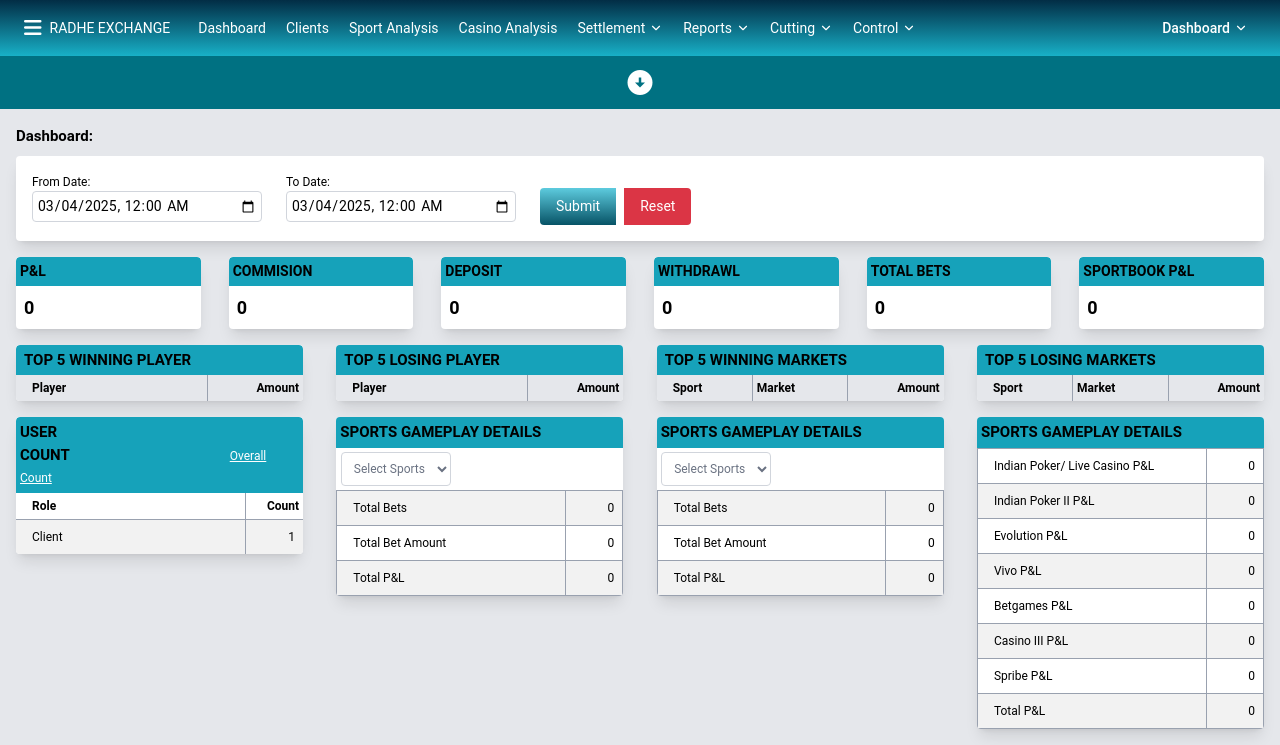
Repository: Habeebur1493/Radhe-Exchange
Page: /dashboard (app in frontend/)
An editor plug-in stored every save of this project. The page is shown before and after the next save, followed by the edit.
The browser window is 1280 px wide. The pictures show the whole page.
Some web libraries are served in a nearby version. The project was rebuilt for these pictures with package versions that can differ from the ones it lists, and the page was loaded fresh each time. Also part of the build but not shown: frontend/vite.config.js, frontend/src/components/login.jsx, frontend/src/components/Register.jsx.

Above is the page before, as saved 2025-03-04 17:24:01.

### frontend/index.html
<!doctype html>
<html lang="en">
  <head>
    <meta charset="UTF-8" />
    <meta name="viewport" content="width=device-width, initial-scale=1.0" />
    <link
    href="https://cdn.jsdelivr.net/npm/remixicon@4.5.0/fonts/remixicon.css"
    rel="stylesheet"
/>
<link rel="stylesheet" href="https://cdnjs.cloudflare.com/ajax/libs/font-awesome/6.7.2/css/all.min.css" integrity="sha512-Evv84Mr4kqVGRNSgIGL/F/aIDqQb7xQ2vcrdIwxfjThSH8CSR7PBEakCr51Ck+w+/U6swU2Im1vVX0SVk9ABhg==" crossorigin="anonymous" referrerpolicy="no-referrer" />
    <title>Radheexch | Admin</title>

  </head>
  <body>
    <div id="root"></div>
    <script type="module" src="/src/main.jsx"></script>
  </body>
</html>

### frontend/src/App.jsx
import React from "react";
import "./App.css";
import { Navigate, Routes, Route } from "react-router-dom";
import Login from "./components/login";
import Register from "./components/Register";
import Dashboard from "./components/dashboard";

const App = () => {
  return (
    <div>
      <Routes>
        <Route path="/" element={<Navigate to="/login" />} />
        <Route path="/login" element={<Login />} />
        <Route path="/register" element={<Register />} />
        <Route path="/dashboard" element={<Dashboard />} />
      </Routes>
    </div>
  );
};

export default App;

### frontend/src/App.css
@import "tailwindcss";

@import url('https://fonts.googleapis.com/css2?family=Roboto:ital,wght@0,100..900;1,100..900&display=swap');

:root {
    --primary-background: linear-gradient(#022d45, #18b0c7);
    --secondary-background: linear-gradient(#5dcbde, #075366);
    --tertiary-background: linear-gradient(#007182, #4ab4c7);
    --four-background: linear-gradient(#075366, #5dcbde);
}

.main{
    background: var(--primary-background);
    font-family: "Roboto", sans-serif;
}

.btn{
    background: var(--secondary-background);
    font-family: "Roboto", sans-serif;
}

nav{
    background: var(--primary-background);
    font-family: "Roboto", sans-serif;
    font-size: 14px;
}
.dashboard{
    font-family: "Roboto", sans-serif;
    font-size: 14px;
}

.sidebar{
    background: var(--tertiary-background);
    font-family: "Roboto", sans-serif;
    font-size: 14px;
}
.btn1{
    background: var(--secondary-background);
    font-family: "Roboto", sans-serif;
    transition: all 0.3s ease-in-out;
}
.btn1:hover{
    background: var(--four-background);
}

.dash{
    font-family: "Roboto", sans-serif;
    font-size: 14px;
}

### frontend/src/components/Sidebar.jsx
import React, { useState } from "react";
import { Link } from "react-router-dom"; // Ensure you use react-router for navigation

const Sidebar = () => {
  const [isOpen, setIsOpen] = useState(false);
  const [dropdowns, setDropdowns] = useState({});
  const [nestedDropdowns, setNestedDropdowns] = useState({});

  const toggleDropdown = (category) => {
    setDropdowns((prev) => ({ ...prev, [category]: !prev[category] }));
  };

  const toggleNestedDropdown = (item) => {
    setNestedDropdowns((prev) => ({ ...prev, [item]: !prev[item] }));
  };

  const menuItems = [
    {
      key: "cricket",
      label: "Cricket",
      items: [
        {
          title: "ICC Champions Trophy",
          subItems: ["India v Australia", "England v South Africa", "South Africa v New Zealand"],
        },
        {
          title: "Women's Premier League",
          subItems: ["Women's Premier League", "Up Warriorz W v Mumbai Indians W", "Gujarat Giants W v Delhi Capitals W"],
        },
        {
          title: "International T20 Masters League",
          subItems: ["Sri Lanka Masters v West Indies Masters", "India Masters v Australia Masters"],
        },
      ],
    },
    {
      key: "soccer",
      label: "Soccer",
      items: [
        {
          title: "League 1",
          subItems: ["Team A v Team B", "Team C v Team D"],
        },
        {
          title: "League 2",
          subItems: ["Match 3", "Match 4"],
        },
      ],
    },
    {
      key: "tennis",
      label: "Tennis",
      items: [
        {
          title: "Grand Slam",
          subItems: ["Final Match", "Semi Final"],
        },
        {
          title: "ATP Finals",
          subItems: ["Quarter Final", "Round of 16"],
        },
      ],
    },
    {
      key: "Horse",
      label: "Horse",
      items: [
        {
          title: "Grand Prix",
          subItems: ["Final Match", "Semi Final"],
        },
        {
          title: "ATP Finals",
          subItems: ["Quarter Final", "Round of 16"],
        },
      ],
    },
    {
      key: "Greyhound",
      label: "Greyhound",
      items: [
        {
          title: "Grand Prix",
          subItems: ["Final Match", "Semi Final"],
        },
        {
          title: "ATP Finals",
          subItems: ["Quarter Final", "Round of 16"],
        },
      ],
    },
  ];

  return (
    <div className="relative">
      {/* Menu Icon */}
      <button onClick={() => setIsOpen(!isOpen)} className="p-2 text-xl">
        <i className="fa-solid fa-bars"></i>
      </button>

      {/* Sidebar */}
      <div
        className={`sidebar fixed top-0 left-0 h-full w-64 mt-14 bg-[--tertiary-background] text-white transition-transform duration-300 ${
          isOpen ? "translate-x-0" : "-translate-x-full"
        }`}
      >
        <ul className=" p-2">
          {menuItems.map(({ key, label, items }) => (
            <li key={key} className="cursor-pointer">
              {/* Main Category */}
              <div
                className="flex justify-between items-center w-full p-2 hover:bg-[#5dcbde] transition-all border-b border-[#18b0c7]"
                onClick={() => toggleDropdown(key)}
              >
                {label}{" "}
                <i
                  className={`fa-solid fa-caret-${dropdowns[key] ? "up" : "down"}`}
                ></i>
              </div>

              {/* First-level Dropdown */}
              <ul
                className={`overflow-hidden text-[11px] bg-[#d2dcf7] text-black transition-all duration-300 ${
                  dropdowns[key] ? "max-h-[1000px] opacity-100" : "max-h-0 opacity-0"
                }`}
              >
                {items.map(({ title, subItems }, index) => (
                  <li key={index} className="pl-6 pr-2 py-2">
                    {/* Square Plus/Minus Icon */}
                    <button
                      onClick={() => toggleNestedDropdown(title)}
                      className="mr-2"
                    >
                      <i
                        className={`fa-solid fa-${
                          nestedDropdowns[title] ? "square-minus" : "square-plus"
                        } text-lg`}
                      ></i>
                    </button>
                    {title}

                    {/* Nested Dropdown */}
                    <ul
                      className={`overflow-hidden transition-all duration-300 ${
                        nestedDropdowns[title] ? "max-h-[1000px] opacity-100 pl-6" : "max-h-0 opacity-0"
                      }`}
                    >
                      {subItems.map((subItem, subIndex) => (
                        <li key={subIndex} className="text-black py-1 flex items-center">
                          <i className="fa-solid fa-square-xmark mr-2"></i>
                          <Link to={`/${key}/${title}/${subItem}`} className="cursor-pointer">
                            {subItem}
                          </Link>
                        </li>
                      ))}
                    </ul>
                  </li>
                ))}
              </ul>
            </li>
          ))}
        </ul>
      </div>
    </div>
  );
};

export default Sidebar;

### frontend/src/components/DashContent.jsx
import React, { useState } from "react";

const DashContent = () => {
  const getDefaultDateTime = () => {
    const now = new Date();
    now.setHours(0, 0, 0, 0);
    return now.toISOString().slice(0, 16);
  };

  // State for datetime inputs
  const [fromDateTime, setFromDateTime] = useState(getDefaultDateTime());
  const [toDateTime, setToDateTime] = useState(getDefaultDateTime());

  return (
    <div className="p-4 ">
      <label className="text-[15px] font-semibold">Dashboard:</label>
      <div className=" h-auto w-full bg-white rounded-sm shadow-lg flex flex-row items-center gap-6 mt-2 p-4 flex-wrap">
        {/* From DateTime */}
        <div className="flex flex-col">
          <label className="text-sm  text-[12px]">From Date:</label>
          <input
            type="datetime-local"
            className="border p-1 rounded-sm border-gray-300 w-[230px]"
            value={fromDateTime}
            onChange={(e) => setFromDateTime(e.target.value)}
          />
        </div>

        {/* To DateTime */}
        <div className="flex flex-col">
          <label className="text-sm text-[12px]">To Date:</label>
          <input
            type="datetime-local"
            className="border p-1 rounded-sm border-gray-300 w-[230px]"
            value={toDateTime}
            onChange={(e) => setToDateTime(e.target.value)}
          />
        </div>

        {/* Buttons */}
        <div className="flex gap-2 mt-4 ">
          <button className="btn1 bg-[--primary-background] text-white px-4 py-2 rounded-l-sm">
            Submit
          </button>
          <button
            className="bg-[#db3545] text-white px-4 py-2 rounded-r-sm hover:bg-red-700"
            onClick={() => {
              setFromDateTime(getDefaultDateTime());
              setToDateTime(getDefaultDateTime());
            }}
          >
            Reset
          </button>
        </div>
      </div>
      {/* Cards */}
      <div className="dash flex flex-row gap-7 mt-4">
        {[
          "P&L",
          "COMMISION",
          "DEPOSIT",
          "WITHDRAWL",
          "TOTAL BETS",
          "SPORTBOOK P&L",
        ].map((item, index) => (
          <div
            key={index}
            className="w-[15%] h-18 bg-white rounded-sm shadow-lg overflow-hidden"
          >
            <h1 className="bg-[#16a2ba] p-1 text-black font-bold text-[14px] rounded-t-sm">
              {item}
            </h1>
            <h1 className="bg-white text-black font-bold text-[18px] pl-2 pt-2">
              0
            </h1>
          </div>
        ))}
      </div>

      {/* Cards row-2 */}
      <div className="flex justify-between items-center mt-4">
        {/* Top 5 Winning Players */}
        <div className="flex flex-col w-[23%] bg-white rounded-sm shadow-lg overflow-hidden">
          <h1 className="bg-[#16a2ba] p-1 pl-2 text-black font-bold text-[15px] rounded-t-sm">
            TOP 5 WINNING PLAYER
          </h1>
          <table className="w-full text-[12px] font-bold border-collapse">
            <thead>
              <tr className="bg-gray-200 border-gray-400">
                <th className="p-1 text-left pl-4 border-r border-gray-400 w-2/3">
                  Player
                </th>
                <th className="p-1 text-right w-1/3">Amount</th>
              </tr>
            </thead>
          </table>
        </div>

        {/* Top 5 Losing Players */}
        <div className="flex flex-col w-[23%] bg-white rounded-sm shadow-lg overflow-hidden">
          <h1 className="bg-[#16a2ba] p-1 pl-2 text-black font-bold text-[15px]">
            TOP 5 LOSING PLAYER
          </h1>
          <table className="w-full text-[12px] font-bold border-collapse">
            <thead>
              <tr className="bg-gray-200 border-gray-400">
                <th className="p-1 text-left pl-4 border-r border-gray-400 w-2/3">
                  Player
                </th>
                <th className="p-1 text-right w-1/3">Amount</th>
              </tr>
            </thead>

          </table>
        </div>

        {/* Top 5 Winning Markets */}
        <div className="flex flex-col w-[23%] bg-white rounded-sm shadow-lg overflow-hidden">
          <h1 className="bg-[#16a2ba] p-1 pl-2 text-black font-bold text-[15px]">
            TOP 5 WINNING MARKETS
          </h1>
          <table className="w-full text-[12px] font-bold border-collapse">
            <thead>
              <tr className="bg-gray-200 border-gray-400">
                <th className="p-1 text-left pl-4 border-r border-gray-400 w-1/3">
                  Sport
                </th>
                <th className="p-1 text-left border-r border-gray-400 w-1/3">
                  Market
                </th>
                <th className="p-1 text-right w-1/3">Amount</th>
              </tr>
            </thead>

          </table>
        </div>

        {/* Top 5 Losing Markets */}
        <div className="flex flex-col w-[23%] bg-white rounded-sm shadow-lg overflow-hidden">
          <h1 className="bg-[#16a2ba] p-1 pl-2 text-black font-bold text-[15px]">
            TOP 5 LOSING MARKETS
          </h1>
          <table className="w-full text-[12px] font-bold border-collapse">
            <thead>
              <tr className="bg-gray-200 border-gray-400">
                <th className="p-1 text-left pl-4 border-r border-gray-400 w-1/3">
                  Sport
                </th>
                <th className="p-1 text-left border-r border-gray-400 w-1/3">
                  Market
                </th>
                <th className="p-1 text-right w-1/3">Amount</th>
              </tr>
            </thead>
          </table>
        </div>
      </div>


     {/* cards 3 row*/}


     <div className="flex justify-between items-start w-full mt-4 text-[12px]">
        {/* Top 5 Winning Players */}
        <div className="flex flex-col w-[23%] bg-white rounded-sm shadow-lg overflow-hidden">
          <h1 className="bg-[#16a2ba] p-1 text-black font-bold text-[15px] rounded-t-sm">
            USER COUNT
            <span className="text-white underline text-[12px] font-normal ml-40">Overall Count</span>
          </h1>

          <table className="w-full text-[12px] font-bold border-collapse">
            <thead>
              <tr className=" border-gray-400">
                <th className="p-1 text-left pl-4 border-b border-r border-gray-400 w-4/5">
                  Role
                </th>
                <th className="p-1 text-right w-1/3 border-b border-gray-400 ">Count</th>
              </tr>
              <tr className="bg-[#f2f2f2] border-gray-400">
                <th className="p-2 text-left pl-4 border-r font-normal border-gray-400 w-4/5">
                  Client
                </th>
                <th className="p-2 text-right font-normal w-1/3">1</th>
              </tr>
            </thead>
          </table>
        </div>

        {/* SPORTS GAMEPLAY DETAILS*/}
        <div className="flex flex-col w-[23%] bg-white rounded-sm shadow-lg overflow-hidden">
          <h1 className="bg-[#16a2ba] p-1 text-black font-bold text-[15px]">
            SPORTS GAMEPLAY DETAILS
          </h1>
          <table className="w-full text-[12px] font-bold border-collapse">
            <thead>
            <tr className=" border-gray-400">
                <th className="p-1 text-left w-2/3">
                  <select name="" id="" className="bg-white border border-gray-300 text-gray-500 font-normal p-2 rounded-sm">
                    <option value="select sports">Select Sports</option>
                    <option value="cricket">Cricket</option>
                    <option value="soccer">Soccer</option>
                    <option value="tennis">Tennis</option>
                    <option value="horse">Horse</option>
                    <option value="greyhound">Greyhound</option>
                    <option value="kabbadi">Kabbadi</option>
                  </select>
                </th>

              </tr>
              <tr className="bg-[#f2f2f2] border-gray-400">
                <th className="p-2 text-left pl-4 border border-gray-400  font-normal w-4/5">
                  Total Bets
                </th>
                <th className="p-2 text-right w-1/3  border border-gray-400 font-normal">0</th>
              </tr>
              <tr className=" border-gray-400">
                <th className="p-2 text-left pl-4 border border-gray-400  font-normal w-2/3">
                  Total Bet Amount
                </th>
                <th className="p-2 text-right w-1/3 font-normal border border-gray-400">0</th>
              </tr>
              <tr className="bg-[#f2f2f2] border-gray-400">
                <th className="p-2 text-left pl-4 border border-gray-400 font-normal w-2/3">
                  Total P&L
                </th>
                <th className="p-2 text-right w-1/3 font-normal border border-gray-400">0</th>
              </tr>
            </thead>

          </table>
        </div>

        {/* OTHER GAMEPLAY DETAILS*/}
        <div className="flex flex-col w-[23%] bg-white rounded-sm shadow-lg overflow-hidden">
          <h1 className="bg-[#16a2ba] p-1 text-black font-bold text-[15px]">
            SPORTS GAMEPLAY DETAILS
          </h1>
          <table className="w-full text-[12px] font-bold border-collapse">
            <thead>
            <tr className=" border-gray-400">
                <th className="p-1 text-left w-2/3">
                  <select name="" id="" className="bg-white border border-gray-300 text-gray-500 font-normal p-2 rounded-sm">
                    <option value="select sports">Select Sports</option>
                    <option value="cricket">Cricket</option>
                    <option value="soccer">Soccer</option>
                    <option value="tennis">Tennis</option>
                    <option value="horse">Horse</option>
                    <option value="greyhound">Greyhound</option>
                    <option value="kabbadi">Kabbadi</option>
                  </select>
                </th>

              </tr>
              <tr className="bg-[#f2f2f2] border-gray-400">
                <th className="p-2 text-left pl-4 border border-gray-400  font-normal w-4/5">
                  Total Bets
                </th>
                <th className="p-2 text-right w-1/3  border border-gray-400 font-normal">0</th>
              </tr>
              <tr className=" border-gray-400">
                <th className="p-2 text-left pl-4 border border-gray-400  font-normal w-2/3">
                  Total Bet Amount
                </th>
                <th className="p-2 text-right w-1/3 font-normal border border-gray-400">0</th>
              </tr>
              <tr className="bg-[#f2f2f2] border-gray-400">
                <th className="p-2 text-left pl-4 border border-gray-400 font-normal w-2/3">
                  Total P&L
                </th>
                <th className="p-2 text-right w-1/3 font-normal border border-gray-400">0</th>
              </tr>
            </thead>

          </table>
        </div>

        {/* OTHER GAMEPLAY DETAILS*/}
        <div className="flex flex-col w-[23%] bg-white rounded-sm shadow-lg overflow-hidden">
          <h1 className="bg-[#16a2ba] p-1 text-black font-bold text-[15px]">
            SPORTS GAMEPLAY DETAILS
          </h1>
          <table className="w-full text-[12px] font-bold border-collapse">
            <thead>
            <tr className=" border-gray-400">
                <th className="p-2 text-left pl-4 border border-gray-400  font-normal w-4/5">
                Indian Poker/ Live Casino P&L
                </th>
                <th className="p-2 text-right w-1/3  border border-gray-400 font-normal">0</th>

              </tr>
              <tr className="bg-[#f2f2f2] border-gray-400">
                <th className="p-2 text-left pl-4 border border-gray-400  font-normal w-4/5">
                Indian Poker II P&L
                </th>
                <th className="p-2 text-right w-1/3  border border-gray-400 font-normal">0</th>
              </tr>
              <tr className=" border-gray-400">
                <th className="p-2 text-left pl-4 border border-gray-400  font-normal w-2/3">
                Evolution P&L
                </th>
                <th className="p-2 text-right w-1/3 font-normal border border-gray-400">0</th>
              </tr>
              <tr className="bg-[#f2f2f2] border-gray-400">
                <th className="p-2 text-left pl-4 border border-gray-400 font-normal w-2/3">
                Vivo P&L
                </th>
                <th className="p-2 text-right w-1/3 font-normal border border-gray-400">0</th>
              </tr>
              <tr className=" border-gray-400">
                <th className="p-2 text-left pl-4 border border-gray-400  font-normal w-4/5">
                Betgames P&L
                </th>
                <th className="p-2 text-right w-1/3  border border-gray-400 font-normal">0</th>

              </tr>
              <tr className="bg-[#f2f2f2] border-gray-400">
                <th className="p-2 text-left pl-4 border border-gray-400 font-normal w-2/3">
                Casino III P&L
                </th>
                <th className="p-2 text-right w-1/3 font-normal border border-gray-400">0</th>
              </tr>
              <tr className=" border-gray-400">
                <th className="p-2 text-left pl-4 border border-gray-400 font-normal w-2/3">
                Spribe P&L
                </th>
                <th className="p-2 text-right w-1/3 font-normal border border-gray-400">0</th>
              </tr>
              <tr className="bg-[#f2f2f2] border-gray-400">
                <th className="p-2 text-left pl-4 border border-gray-400 font-normal w-2/3">
                Total P&L
                </th>
                <th className="p-2 text-right w-1/3 font-normal border border-gray-400">0</th>
              </tr>
            </thead>

          </table>
        </div>
      </div>

    </div>
  );
};

export default DashContent;

Loaded but not shown: frontend/src/main.jsx (common file); frontend/src/components/dashboard.jsx (283 lines, source omitted)

After the next save:
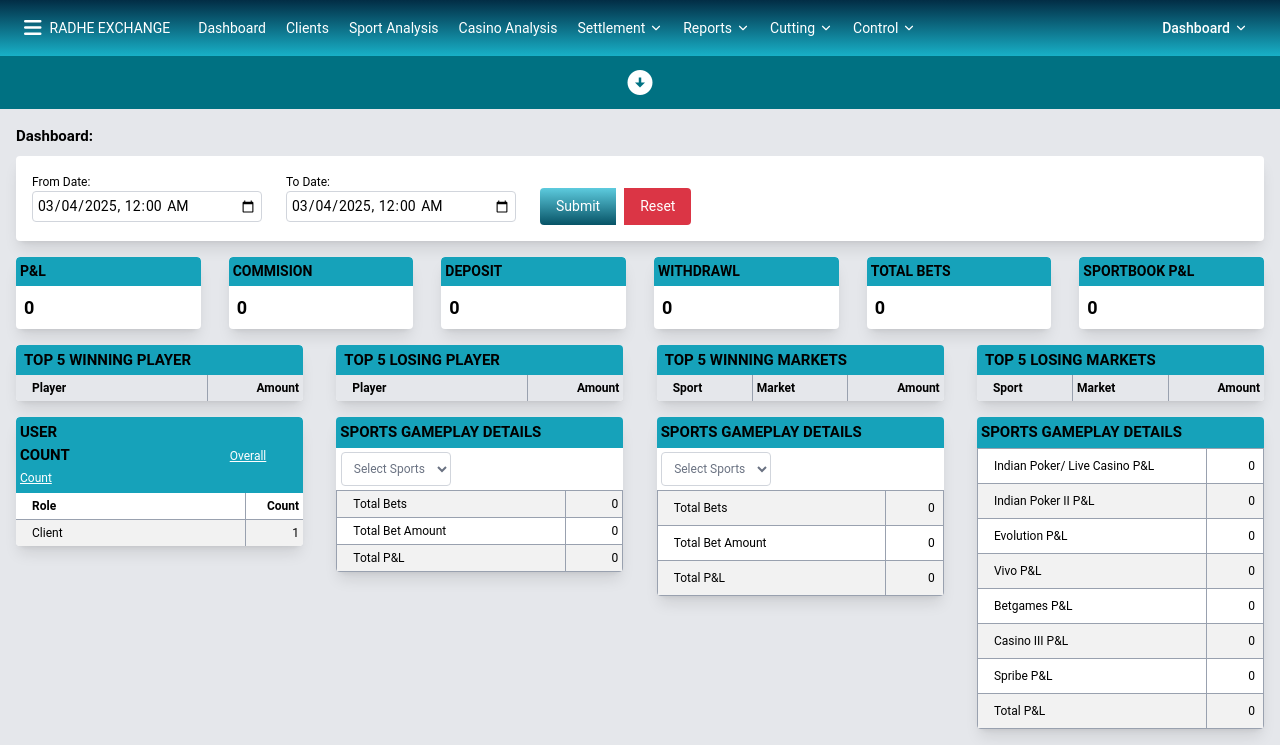
Saved 29 s later.
--- a/frontend/src/components/DashContent.jsx
+++ b/frontend/src/components/DashContent.jsx
@@ -177,10 +177,10 @@ const DashContent = () => {
                 <th className="p-1 text-right w-1/3 border-b border-gray-400 ">Count</th>
               </tr>
               <tr className="bg-[#f2f2f2] border-gray-400">
-                <th className="p-2 text-left pl-4 border-r font-normal border-gray-400 w-4/5">
+                <th className="p-1 text-left pl-4 border-r font-normal border-gray-400 w-4/5">
                   Client
                 </th>
-                <th className="p-2 text-right font-normal w-1/3">1</th>
+                <th className="p-1 text-right font-normal w-1/3">1</th>
               </tr>
             </thead>
           </table>
@@ -208,22 +208,22 @@ const DashContent = () => {
 
               </tr>
               <tr className="bg-[#f2f2f2] border-gray-400">
-                <th className="p-2 text-left pl-4 border border-gray-400  font-normal w-4/5">
+                <th className="p-1 text-left pl-4 border border-gray-400  font-normal w-4/5">
                   Total Bets
                 </th>
-                <th className="p-2 text-right w-1/3  border border-gray-400 font-normal">0</th>
-              </tr>
-              <tr className=" border-gray-400">
-                <th className="p-2 text-left pl-4 border border-gray-400  font-normal w-2/3">
+                <th className="p-1 text-right w-1/3  border border-gray-400 font-normal">0</th>
+              </tr>
+              <tr className=" border-gray-400">
+                <th className="p-1 text-left pl-4 border border-gray-400  font-normal w-2/3">
                   Total Bet Amount
                 </th>
-                <th className="p-2 text-right w-1/3 font-normal border border-gray-400">0</th>
-              </tr>
-              <tr className="bg-[#f2f2f2] border-gray-400">
-                <th className="p-2 text-left pl-4 border border-gray-400 font-normal w-2/3">
+                <th className="p-1 text-right w-1/3 font-normal border border-gray-400">0</th>
+              </tr>
+              <tr className="bg-[#f2f2f2] border-gray-400">
+                <th className="p-1 text-left pl-4 border border-gray-400 font-normal w-2/3">
                   Total P&L
                 </th>
-                <th className="p-2 text-right w-1/3 font-normal border border-gray-400">0</th>
+                <th className="p-1 text-right w-1/3 font-normal border border-gray-400">0</th>
               </tr>
             </thead>
 
